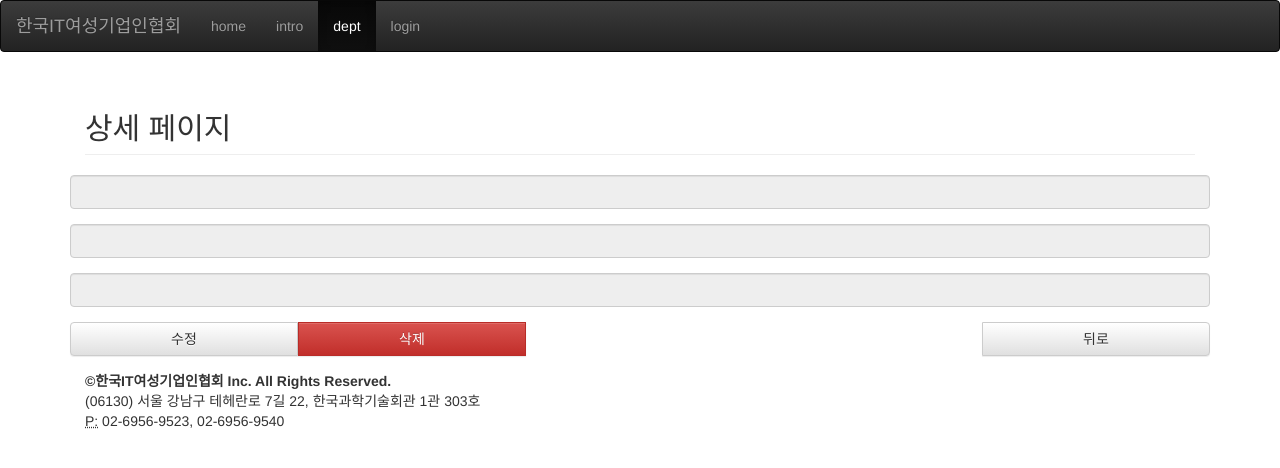
Repository: minho00123/sw-professional-training
Page: http://localhost/sts08/WEB-INF/views/dept/dept.jsp
The author's editor kept a copy of each file at every save. The page is drawn from the files as they stood at one save, then again after the next save.
The browser window is 1280 px wide. The pictures show the whole page.
The page is served by Tomcat 9. Nobody is signed in. The template is opened directly, without the code that normally fills it, so the values that code supplies are empty.

Above is the page before, as saved 2025-05-21 03:24:53.
Console error (its wording comes from the project's code and is left out).

After the next save:
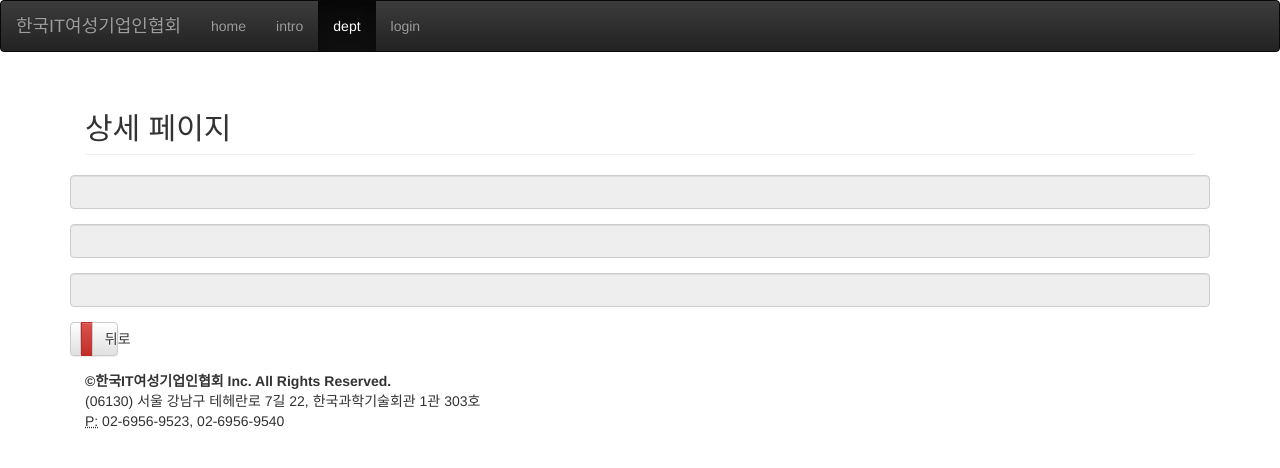
Saved 54 s later.
--- a/stsWorkspace/sts08/src/main/webapp/WEB-INF/views/dept/dept.jsp
+++ b/stsWorkspace/sts08/src/main/webapp/WEB-INF/views/dept/dept.jsp
@@ -25,22 +25,12 @@
 		</div>
 		<div class="form-group">
 			<div class="btn-group btn-group-justified" role="group">
-				<div class="btn-group" role="group">
-					<a href="#" class="btn btn-default" role="button">수정</a>
-				</div>
-				<div class="btn-group" role="group">
-					<a href="#" class="btn btn-danger" role="button">삭제</a>
-				</div>
-				<div class="btn-group" role="group">
-					<button type="submit" class="btn btn-primary">수정</button>
-				</div>
-				<div class="btn-group" role="group">
-					<button type="reset" class="btn btn-default">취소</button>
-				</div>
-				<div class="btn-group" role="group">
-					<button type="button" class="btn btn-default"
-						onclick="history.back();">뒤로</button>
-				</div>
+				<a href="#" class="btn btn-default" role="button">수정</a> <a href="#"
+					class="btn btn-danger" role="button">삭제</a>
+				<button type="submit" class="btn btn-primary">수정</button>
+				<button type="reset" class="btn btn-default">취소</button>
+				<button type="button" class="btn btn-default"
+					onclick="history.back();">뒤로</button>
 			</div>
 		</div>
 	</form>

After the save that followed:
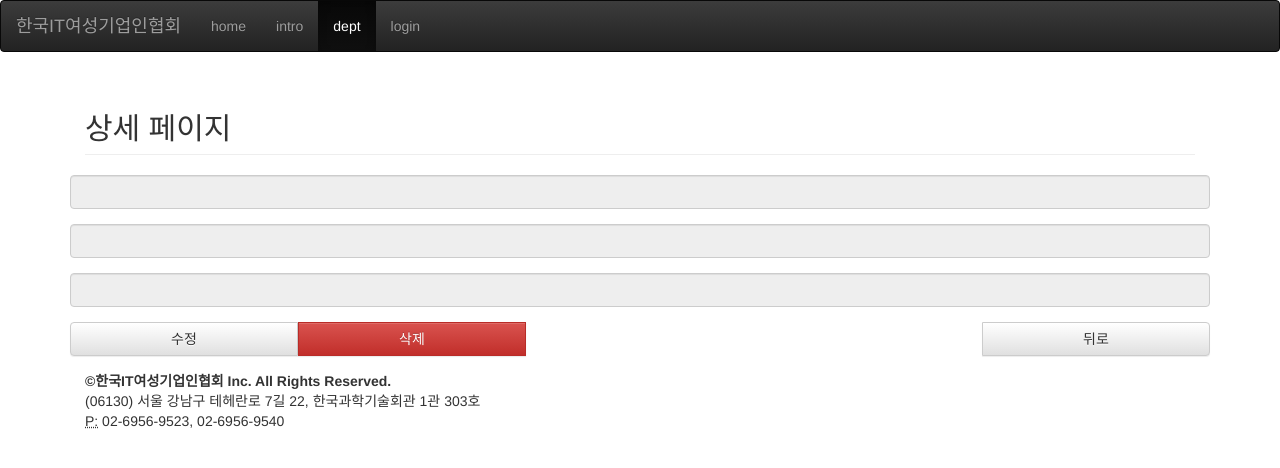
Saved 19 s later.
--- a/stsWorkspace/sts08/src/main/webapp/WEB-INF/views/dept/dept.jsp
+++ b/stsWorkspace/sts08/src/main/webapp/WEB-INF/views/dept/dept.jsp
@@ -25,12 +25,22 @@
 		</div>
 		<div class="form-group">
 			<div class="btn-group btn-group-justified" role="group">
-				<a href="#" class="btn btn-default" role="button">수정</a> <a href="#"
-					class="btn btn-danger" role="button">삭제</a>
-				<button type="submit" class="btn btn-primary">수정</button>
-				<button type="reset" class="btn btn-default">취소</button>
-				<button type="button" class="btn btn-default"
-					onclick="history.back();">뒤로</button>
+				<div class="btn-group" role="group">
+					<a href="#" class="btn btn-default" role="button">수정</a>
+				</div>
+				<div class="btn-group" role="group">
+					<a href="#" class="btn btn-danger" role="button">삭제</a>
+				</div>
+				<div class="btn-group" role="group">
+					<button type="submit" class="btn btn-primary">수정</button>
+				</div>
+				<div class="btn-group" role="group">
+					<button type="reset" class="btn btn-default">취소</button>
+				</div>
+				<div class="btn-group" role="group">
+					<button type="button" class="btn btn-default"
+						onclick="history.back();">뒤로</button>
+				</div>
 			</div>
 		</div>
 	</form>
